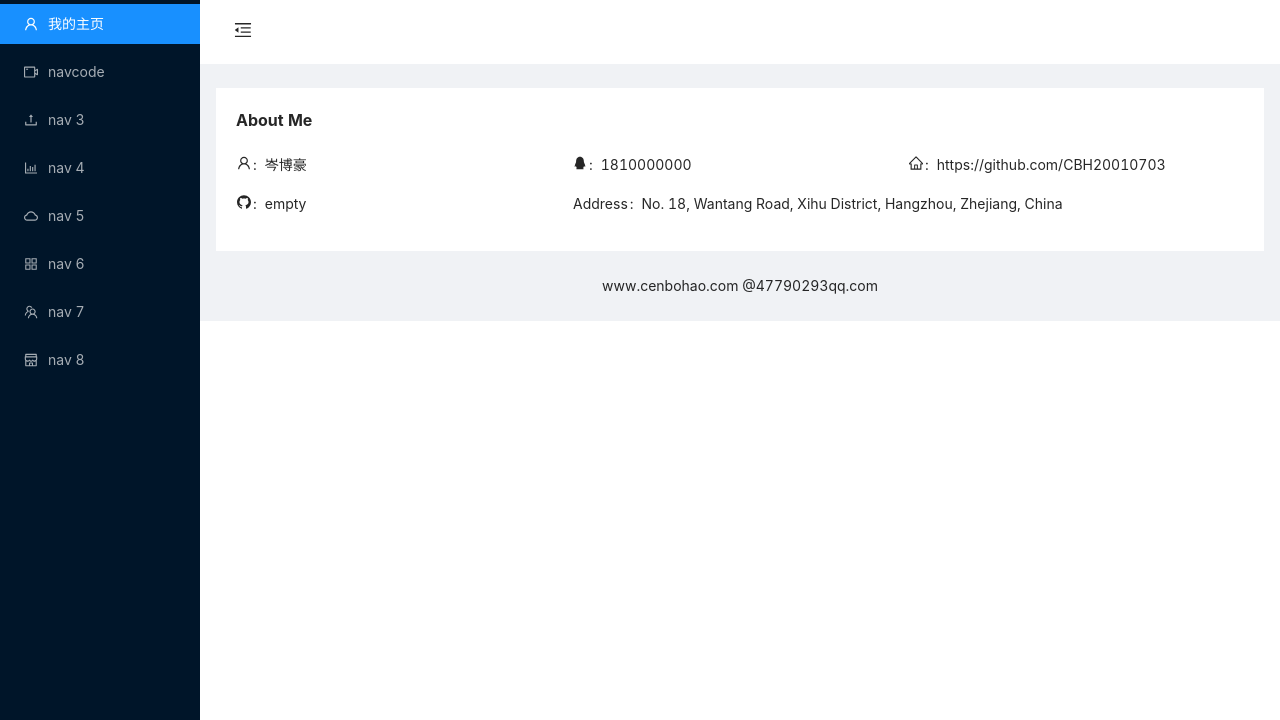
Repository: CBH20010703/bolgsweb
Page: /index (app in blogs/)
The author's editor kept a copy of each file at every save. The page is drawn from the files as they stood at one save, then again after the next save.
The browser window is 1280 px wide. The pictures show the whole page.
The project was rebuilt for these pictures with package versions that can differ from the ones it lists, and the page was loaded fresh each time. Also part of the build but not shown: blogs/src/view/Login/Login.jsx, blogs/src/component/Menu/MenuList.css, blogs/src/view/Home/Home.css, blogs/src/view/NavCode/NavCode.css, blogs/src/view/NavCode/NavCode.jsx, blogs/src/view/404/Error.jsx.

Above is the page before, as saved 2021-06-27 22:16:22.

After the next save:
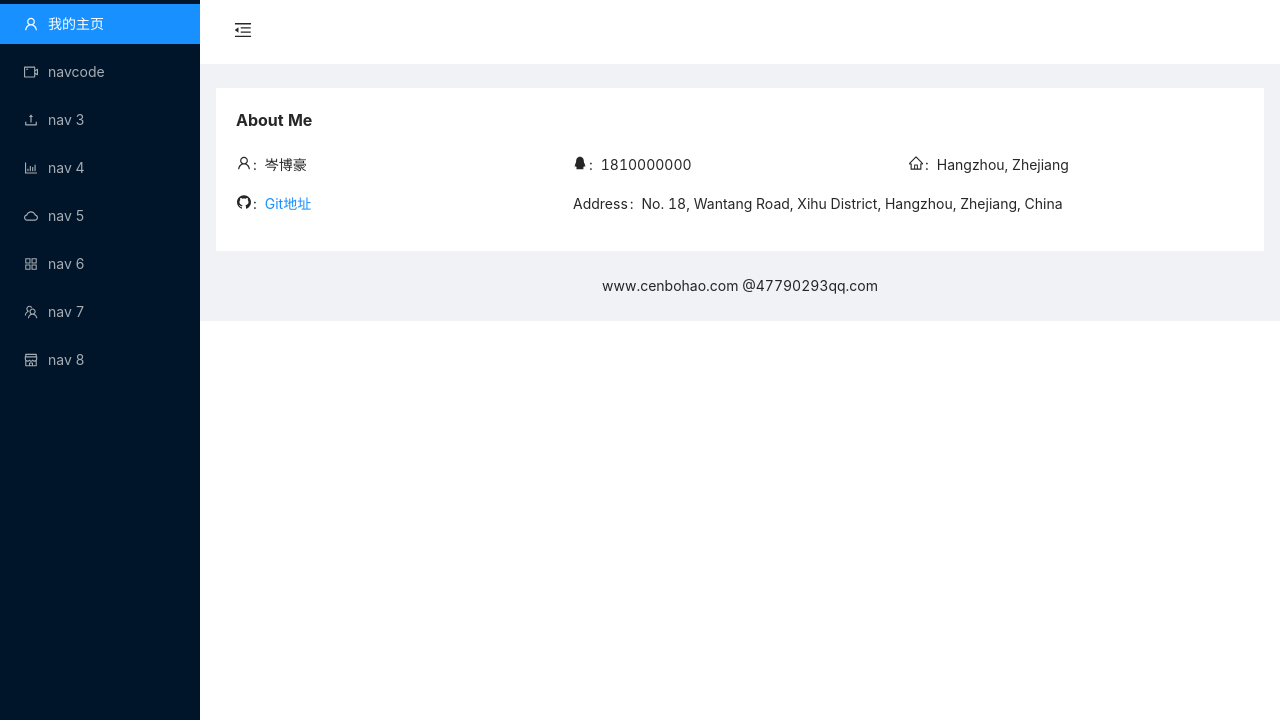
Saved 28 s later.
--- a/blogs/src/view/Home/Home.jsx
+++ b/blogs/src/view/Home/Home.jsx
@@ -14,8 +14,8 @@ export default class Home extends Component {
                 <Descriptions title="About Me">
                     <Descriptions.Item label={<UserOutlined />}>岑博豪</Descriptions.Item>
                     <Descriptions.Item label={<QqOutlined />}>1810000000</Descriptions.Item>
-                    <Descriptions.Item label={<HomeOutlined />}>https://github.com/CBH20010703</Descriptions.Item>
-                    <Descriptions.Item label={<GithubOutlined />}>empty</Descriptions.Item>
+                    <Descriptions.Item label={<HomeOutlined />}>Hangzhou, Zhejiang</Descriptions.Item>
+                    <Descriptions.Item label={<GithubOutlined />}><a href="https://github.com/CBH20010703">Git地址</a></Descriptions.Item>
                     <Descriptions.Item label="Address">
                         No. 18, Wantang Road, Xihu District, Hangzhou, Zhejiang, China
                     </Descriptions.Item>
